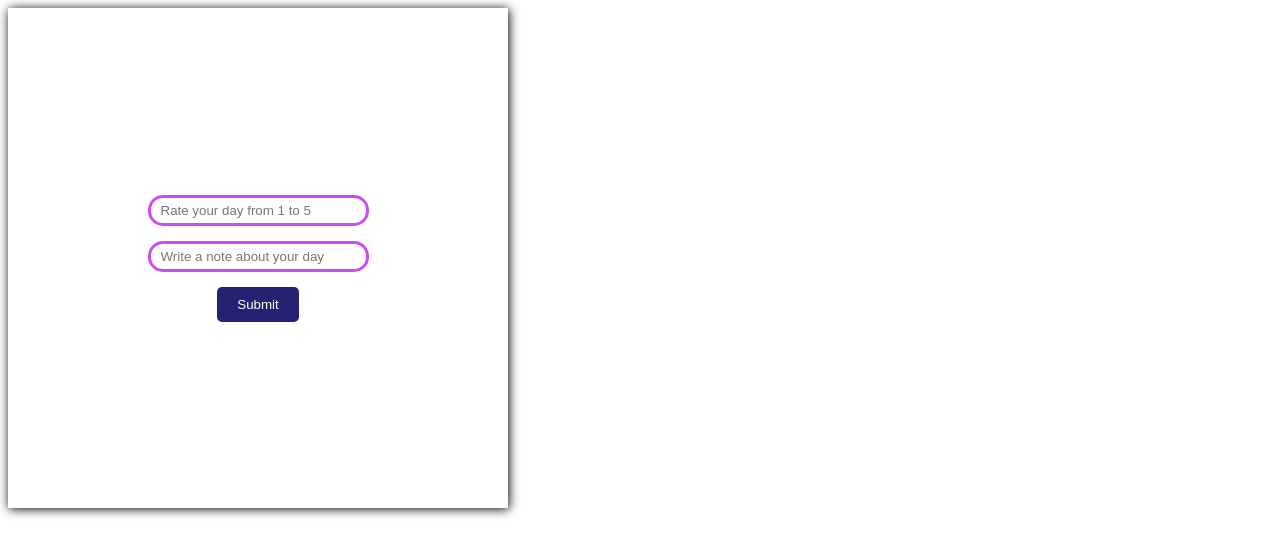
Repository: elenav24/RateMyDay
Page: frontend/index.html
The author's editor kept a copy of each file at every save. The page is drawn from the files as they stood at one save, then again after the next save.
The browser window is 1280 px wide. The pictures show the whole page.

Above is the page before, as saved 2025-05-15 01:27:40.

After the next save:
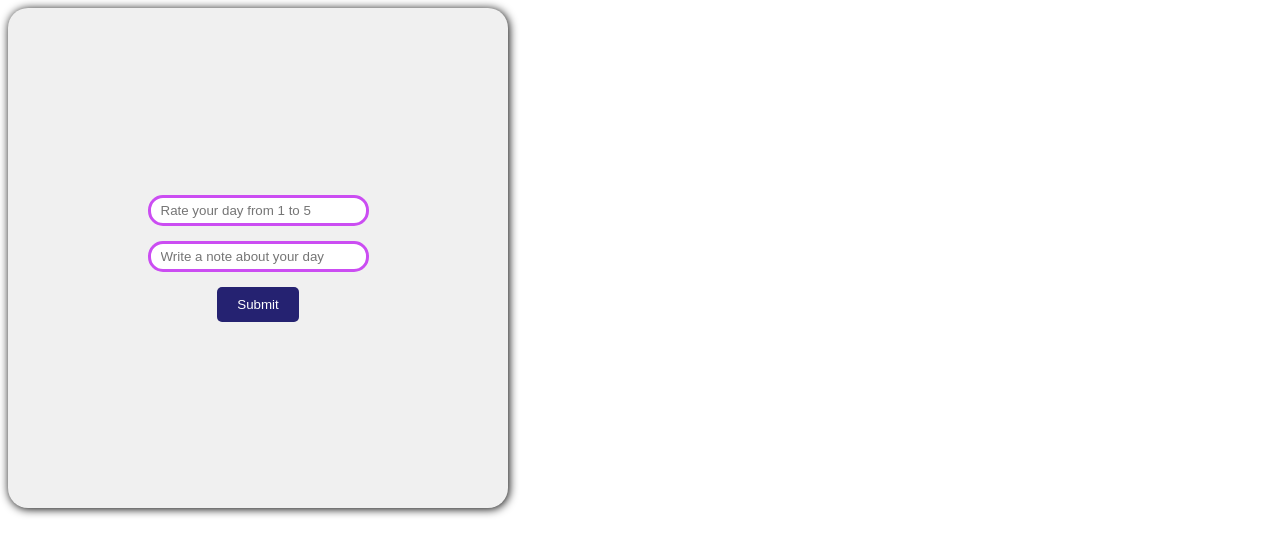
Saved 7 s later.
--- a/frontend/style.css
+++ b/frontend/style.css
@@ -6,6 +6,8 @@
     width: 500px;
     height: 500px;
     box-shadow: 1px 1px 10px #000;
+    border-radius: 20px;
+    background-color: #f0f0f0;
 }
 
 #rating, #note {
